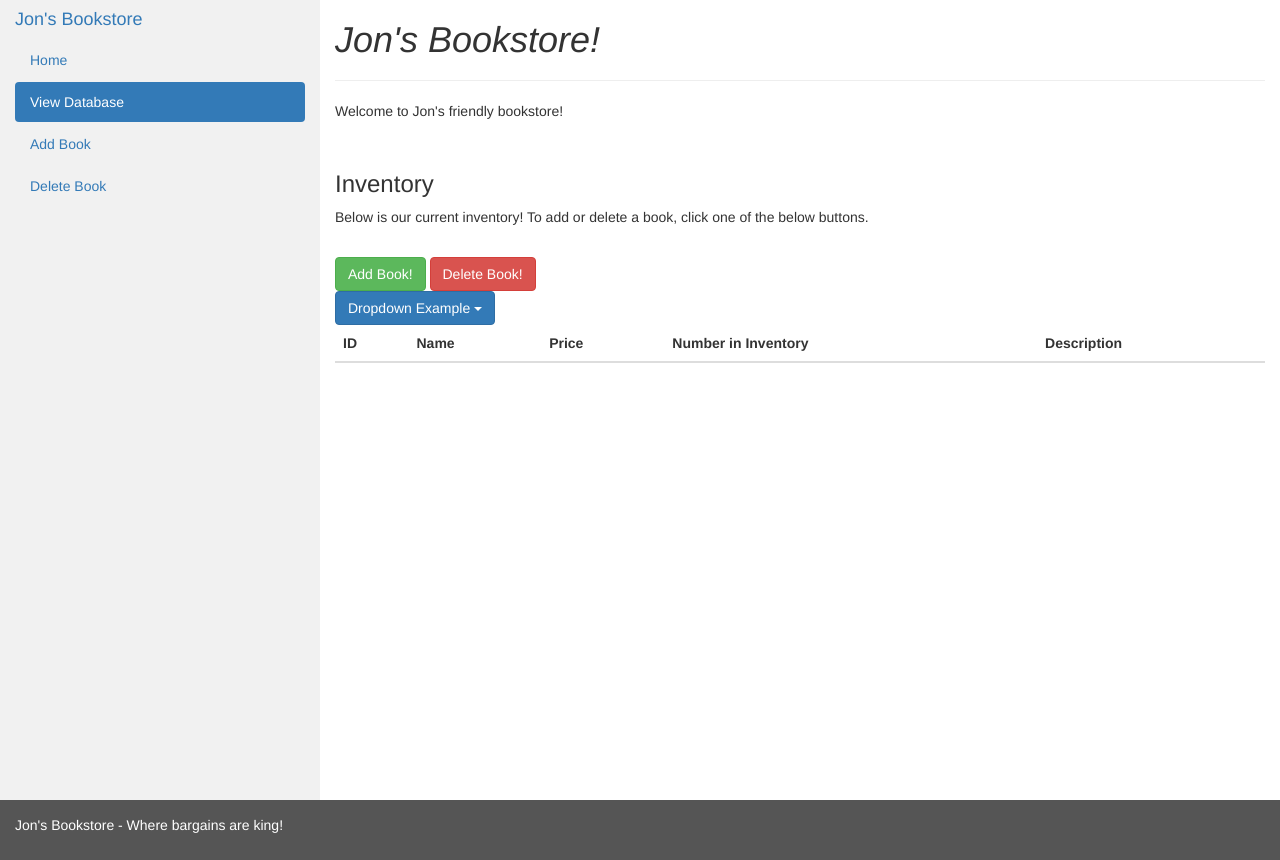
Repository: Inferno51/bookstoreproject
Page: http://localhost/bookstore/readfromdb.jsp
An editor plug-in stored every save of this project. The page is shown before and after the next save, followed by the edit.
The browser window is 1280 px wide. The pictures show the whole page.
The page is served by Tomcat 9. Other server files are loaded and not shown. Queries for data that is not in the repository find no rows.

Above is the page before, as saved 2016-09-02 17:18:10.

### bookstore/src/main/webapp/readfromdb.jsp
<%@page import="com.bookstore.DAO"%>
<%@page import="com.bookstore.Book"%>
<%@ page language="java" contentType="text/html; charset=ISO-8859-1"
	pageEncoding="ISO-8859-1"%>
<!DOCTYPE html PUBLIC "-//W3C//DTD HTML 4.01 Transitional//EN" "http://www.w3.org/TR/html4/loose.dtd">
<html>
<head>
<title>Jon's Bookstore</title>
<meta http-equiv="Content-Type" content="text/html; charset=ISO-8859-1">
<meta charset="utf-8">
<meta name="viewport" content="width=device-width, initial-scale=1">
<link rel="stylesheet" href="styles.css">
<link rel="stylesheet"
	href="http://maxcdn.bootstrapcdn.com/bootstrap/3.3.7/css/bootstrap.min.css">
<script
	src="https://ajax.googleapis.com/ajax/libs/jquery/1.12.4/jquery.min.js"></script>
<script
	src="http://maxcdn.bootstrapcdn.com/bootstrap/3.3.7/js/bootstrap.min.js"></script>
</head>
<body>
	<div class="container-fluid">
		<div class="row content">
			<div class="col-sm-3 sidenav">
				<h4>
					<a href="index.html">Jon's Bookstore</a>
				</h4>
				<ul class="nav nav-pills nav-stacked">
					<li><a href="index.html">Home</a></li>
					<li class="active"><a href="readfromdb.jsp">View Database</a></li>
					<li><a href="addbook.html">Add Book</a></li>
					<li><a href="deletebook.html">Delete Book</a></li>
				</ul>
				<br>
			</div>

			<div class="col-sm-9">
				<h1>
					<em>Jon's Bookstore!</em>
					</h4>
					<hr>
					<p>Welcome to Jon's friendly bookstore!</p>
					<br>
					<h3>Inventory</h3>
					<p>Below is our current inventory! To add or delete a book,
						click one of the below buttons.</p>
					<br>
					<a href="addbook.html" class="btn btn-success" role="button">Add Book!</a>
					<a href="deletebook.html" class="btn btn-danger" role="button">Delete Book!</a>

					<div class="dropdown">
					    <button class="btn btn-primary dropdown-toggle" type="button" data-toggle="dropdown">Dropdown Example
					    <span class="caret"></span></button>
					    <ul class="dropdown-menu">
					      <li><a href="#">HTML</a></li>
					      <li><a href="#">CSS</a></li>
					      <li><a href="#">JavaScript</a></li>
					    </ul>
				  	</div>

					<table class="table table-striped">
						<thead>
							<tr>
								<th>ID</th>
								<th>Name</th>
								<th>Price</th>
								<th>Number in Inventory</th>
								<th>Description</th>
							</tr>
						</thead>
						<tbody>

							<%
								com.bookstore.DAO.readFromDB();
							%>
							<%
								Book readToJSP = new Book();

								for (int i = 0; i < DAO.ourBooks.size(); i++) {
									readToJSP = DAO.ourBooks.get(i);
							%>
							<tr>
								<td><%=readToJSP.getBookID()%></td>
								<td><%=readToJSP.getBookName()%></td>
								<td><%=readToJSP.getBookPrice()%></td>
								<td><%=readToJSP.getBookCount()%></td>
								<td><%=readToJSP.getBookDesc()%></td>
							</tr>
							<%
								}
								DAO.ourBooks.clear();
							%>

						</tbody>


					</table>
			</div>
		</div>
	</div>

	<footer class="container-fluid">
	<p>Jon's Bookstore - Where bargains are king!</p>
	</footer>
</body>
</html>

### bookstore/src/main/java/com/bookstore/DAO.java
package com.bookstore;

import java.sql.*;
import java.util.ArrayList;

public class DAO {

	static final String JDBC_DRIVER = "com.mysql.cj.jdbc.Driver";
	static final String DB_URL = "jdbc:mysql://127.0.0.1:3306/?user=root&autoReconnect=true&useSSL=false";
	static final String USER = "root";
	static final String PASSWORD = "sesame";

	static Connection CONN = null;
	static Statement STMT = null;
	static PreparedStatement PREP = null;
	static ResultSet RES = null;
	public static ArrayList<Book> ourBooks = new ArrayList<>();

	public static void connToDB() {
		try {
			Class.forName(JDBC_DRIVER);
			CONN = DriverManager.getConnection(DB_URL, USER, PASSWORD);
		} catch (SQLException | ClassNotFoundException e) {
			e.printStackTrace();
		} // Try connection statement
	} // connToDB

	public static void readFromDB() {
		connToDB();



		try {
			STMT = CONN.createStatement();
			RES = STMT.executeQuery("SELECT * FROM products.books;");

			while (RES.next()) {
				Book myBook = new Book();
				myBook.setBookID(RES.getInt("book_id"));
				myBook.setBookName(RES.getString("book_name"));
				myBook.setBookPrice(RES.getDouble("book_price"));
				myBook.setBookCount(RES.getInt("book_inv_count"));
				myBook.setBookDesc(RES.getString("book_desc"));

				ourBooks.add(myBook);

			}

			for (Book book : ourBooks) {
				System.out.println(book.toString());
			}

		} catch (SQLException e) {
			e.printStackTrace();
		}
	} // readFromDB

	private static String insertIntoTable = "INSERT INTO `products`.`books` "
			+ "(book_name, book_price, book_inv_count, book_desc)"
			+ " VALUES "
			+ "(?, ?, ?, ?)";

	public static void writeToDB(Book newBook) {

		Book bookToAdd = new Book();

		bookToAdd = newBook;

		try {
			connToDB();

			PREP = CONN.prepareStatement(insertIntoTable);

			PREP.setString(1, bookToAdd.getBookName());
			PREP.setDouble(2, bookToAdd.getBookPrice());
			PREP.setInt(3, bookToAdd.getBookCount());
			PREP.setString(4, bookToAdd.getBookDesc());

			System.out.println(PREP);

			PREP.executeUpdate();

		} catch (SQLException e) {
			e.printStackTrace();
		}

	}

	private static String updateDB = ("UPDATE `products`.`books` SET `book_name` = ?, `book_price` = ?, `book_inv_count` = ?, `book_desc` = ? WHERE `book_id` = ?");

	public static void updateDB(Book newBook) {

		readFromDB();

		Book bookToUpdate = new Book();

		bookToUpdate = newBook;

		try {
			PREP = CONN.prepareStatement(updateDB);

			PREP.setString(1, bookToUpdate.getBookName());
			PREP.setDouble(2, bookToUpdate.getBookPrice());
			PREP.setInt(3, bookToUpdate.getBookCount());
			PREP.setString(4, bookToUpdate.getBookDesc());
			PREP.setInt(5, bookToUpdate.getBookID());

			PREP.executeUpdate();

		} catch (SQLException e) {
			e.printStackTrace();
		}
	} // updateDB

	public static void deleteFromDatabase(Book newBook) {
		Book bookToDelete = new Book();
		bookToDelete = newBook;

		try {
			connToDB();
			PREP = CONN.prepareStatement("DELETE FROM `products`.`books` WHERE book_ID = ?");
			PREP.setInt(1, bookToDelete.getBookID());
			PREP.executeUpdate();
		} catch (SQLException e) {
			e.printStackTrace();
		}
	} // deleteFromDatabase
}

### bookstore/src/main/java/com/bookstore/Book.java
package com.bookstore;

public class Book {

	private int bookID = 0;
	private int bookCount = 0;
	private double bookPrice = 0.0d;
	private String bookName = null;
	private String bookDesc = null;

	// Constructor
	public Book(int bookID, int bookCount, double bookPrice, String bookName, String bookDesc) {
		super();
		this.bookID = bookID;
		this.bookCount = bookCount;
		this.bookPrice = bookPrice;
		this.bookName = bookName;
		this.bookDesc = bookDesc;
	} // Constructor

	// Blank constructor
	public Book() {
		super();
	} // Blank constructor


	// Getters and setters
	public int getBookID() {
		return bookID;
	}

	public void setBookID(int bookID) {
		this.bookID = bookID;
	}

	public int getBookCount() {
		return bookCount;
	}

	public void setBookCount(int bookCount) {
		this.bookCount = bookCount;
	}

	public double getBookPrice() {
		return bookPrice;
	}

	public void setBookPrice(double bookPrice) {
		this.bookPrice = bookPrice;
	}

	public String getBookName() {
		return bookName;
	}

	public void setBookName(String bookName) {
		this.bookName = bookName;
	}

	public String getBookDesc() {
		return bookDesc;
	}

	public void setBookDesc(String bookDesc) {
		this.bookDesc = bookDesc;
	}
	// Getters and setters


	@Override
	public String toString() {
		return "Book [bookID=" + bookID + ", bookCount=" + bookCount + ", bookPrice=" + bookPrice + ", bookName="
				+ bookName + ", bookDesc=" + bookDesc + "]";
	} // toString method



}

### bookstore/src/main/webapp/styles.css
@CHARSET "ISO-8859-1";
/* Set height of the grid so .sidenav can be 100% (adjust if needed) */
.row.content {
	height: 800px
}

/* Set gray background color and 100% height */
.sidenav {
	background-color: #f1f1f1;
	height: 100%;
}

/* Set black background color, white text and some padding */
footer {
	background-color: #555;
	color: white;
	padding: 15px;
}

/* On small screens, set height to 'auto' for sidenav and grid */
@media screen and (max-width: 767px) {
	.sidenav {
		height: auto;
		padding: 15px;
	}
	.row.content {
		height: auto;
	}
}

After the next save:
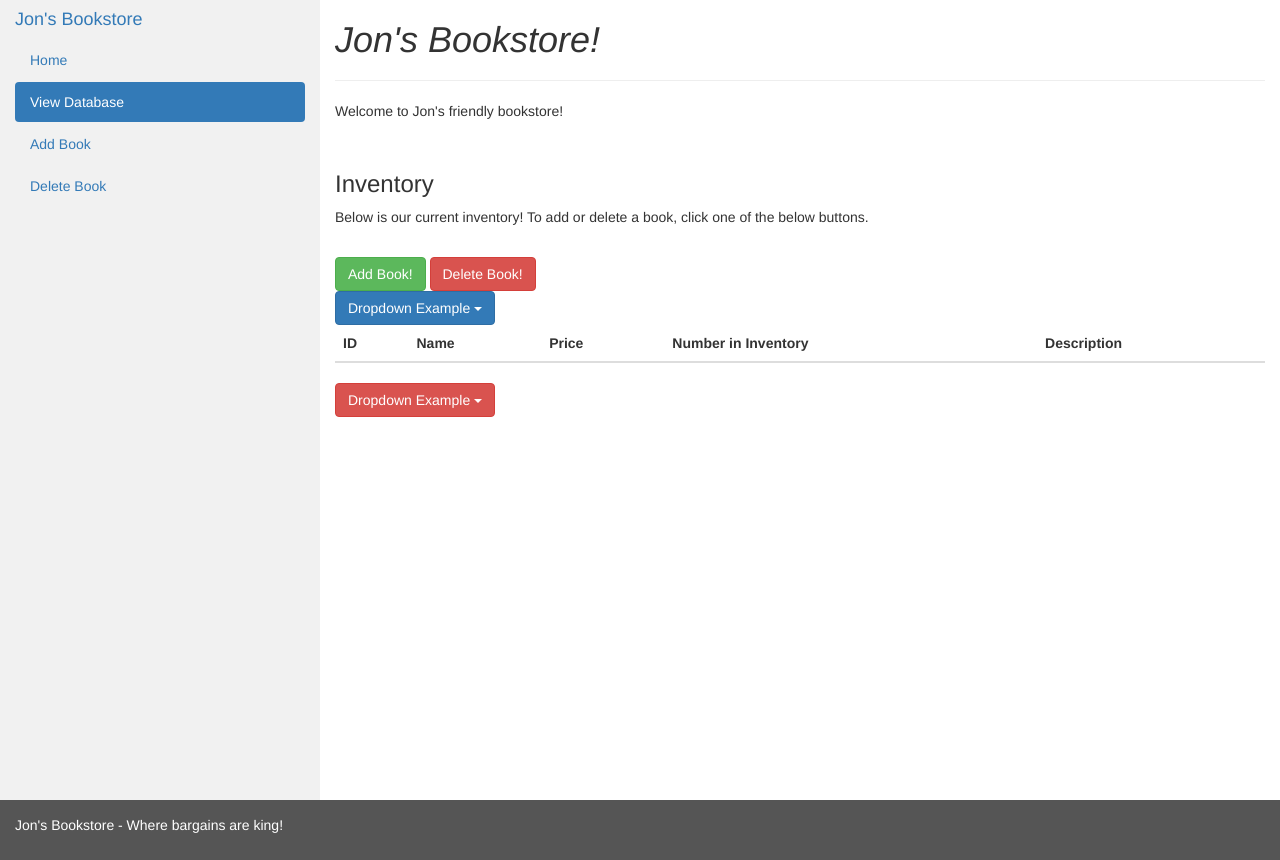
Saved 55 s later.
--- a/bookstore/src/main/webapp/readfromdb.jsp
+++ b/bookstore/src/main/webapp/readfromdb.jsp
@@ -91,9 +91,16 @@
 							%>
 
 						</tbody>
-
-
 					</table>
+					<div class="dropdown">
+					    <button class="btn btn-danger dropdown-toggle" type="button" data-toggle="dropdown">Dropdown Example
+					    <span class="caret"></span></button>
+					    <ul class="dropdown-menu">
+					      <li><a href="#">HTML</a></li>
+					      <li><a href="#">CSS</a></li>
+					      <li><a href="#">JavaScript</a></li>
+					    </ul>
+				  	</div>
 			</div>
 		</div>
 	</div>
